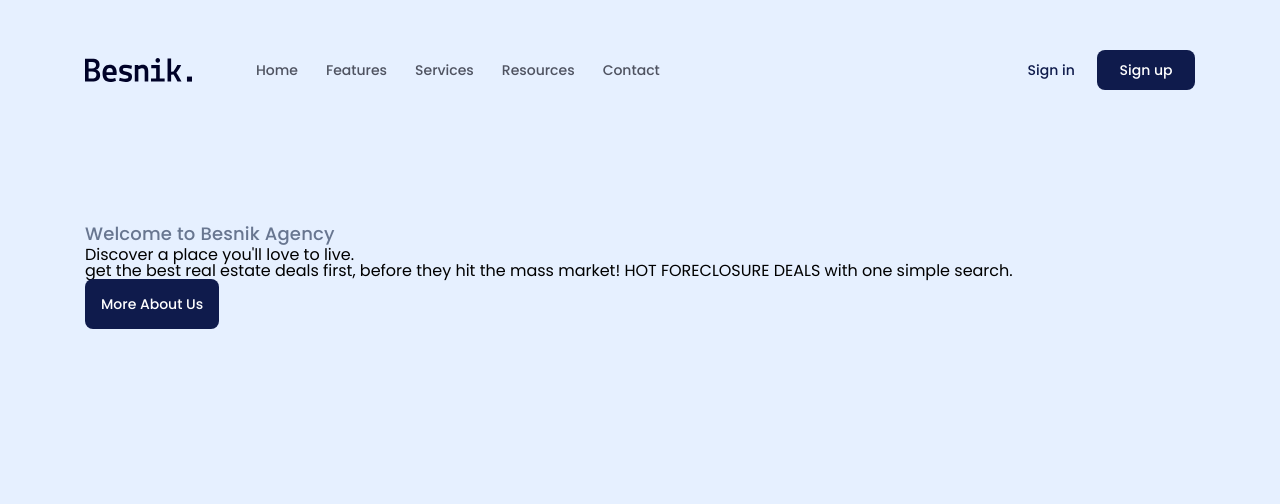
Repository: trungnguyen131/froject-01
Page: index.html
An editor plug-in stored every save of this project. The page is shown before and after a run of saves, followed by the edit.
The browser window is 1280 px wide. The pictures show the whole page.

Above is the page before, as saved 2024-02-25 23:35:31.

### index.html
<!DOCTYPE html>
<html lang="en">
<head>
    <meta charset="UTF-8">
    <meta name="viewport" content="width=device-width, initial-scale=1.0">
    <title>Project 01</title>
    <link rel="stylesheet" href="./assets/css/reset.css">
    <link rel="stylesheet" href="./assets/fonts/stylesheet.css">
    <link rel="stylesheet" href="./assets/css/style.css">
</head>
<body>
    <main>
        <!-- Header -->
        <header class="header">
            <div class="content">
                <nav class="navbar">
                    <!-- Logo -->
                    <img src="./assets/img/logo.svg" alt="Besnik.">
                    <!-- Navigation -->
                    <ul>
                        <li><a href="#!">Home</a></li>
                        <li><a href="#!">Features</a></li>
                        <li><a href="#!">Services</a></li>
                        <li><a href="#!">Resources</a></li>
                        <li><a href="#!">Contact</a></li>
                    </ul>
                    <!-- Action -->
                    <div class="actions">
                        <a href="#!" class="action-link">Sign in</a>
                        <a href="#!" class="btn action-btn">Sign up</a>
                    </div>
                </nav>
                <div class="hero">
                    <div class="info">
                        <p class="sub-title">Welcome to Besnik Agency</p>
                        <h1 class="title">Discover a place
                            you'll love to live.</h1>
                        <p class="desc">get the best real estate deals first,
                            before they hit the mass market! HOT FORECLOSURE DEALS with one simple search.</p>
                        <a href="#!" class="btn">More About Us</a>
                    </div>
                </div>
            </div>
        </header>
    </main>
</body>
</html>

### assets/fonts/stylesheet.css
/* ========================= Poppins =========================  */
@font-face {
    font-family: 'Poppins';
    src: url('Poppins/Poppins-SemiBold.woff2') format('woff2'),
        url('Poppins/Poppins-SemiBold.woff') format('woff');
    font-weight: 600;
    font-style: normal;
    font-display: swap;
}

@font-face {
    font-family: 'Poppins';
    src: url('Poppins/Poppins-Regular.woff2') format('woff2'),
        url('Poppins/Poppins-Regular.woff') format('woff');
    font-weight: normal;
    font-style: normal;
    font-display: swap;
}

@font-face {
    font-family: 'Poppins';
    src: url('Poppins/Poppins-MediumItalic.woff2') format('woff2'),
        url('Poppins/Poppins-MediumItalic.woff') format('woff');
    font-weight: 500;
    font-style: italic;
    font-display: swap;
}

@font-face {
    font-family: 'Poppins';
    src: url('Poppins/Poppins-Thin.woff2') format('woff2'),
        url('Poppins/Poppins-Thin.woff') format('woff');
    font-weight: 100;
    font-style: normal;
    font-display: swap;
}

@font-face {
    font-family: 'Poppins';
    src: url('Poppins/Poppins-ThinItalic.woff2') format('woff2'),
        url('Poppins/Poppins-ThinItalic.woff') format('woff');
    font-weight: 100;
    font-style: italic;
    font-display: swap;
}

@font-face {
    font-family: 'Poppins';
    src: url('Poppins/Poppins-Black.woff2') format('woff2'),
        url('Poppins/Poppins-Black.woff') format('woff');
    font-weight: 900;
    font-style: normal;
    font-display: swap;
}

@font-face {
    font-family: 'Poppins';
    src: url('Poppins/Poppins-Bold.woff2') format('woff2'),
        url('Poppins/Poppins-Bold.woff') format('woff');
    font-weight: bold;
    font-style: normal;
    font-display: swap;
}

@font-face {
    font-family: 'Poppins';
    src: url('Poppins/Poppins-SemiBoldItalic.woff2') format('woff2'),
        url('Poppins/Poppins-SemiBoldItalic.woff') format('woff');
    font-weight: 600;
    font-style: italic;
    font-display: swap;
}

@font-face {
    font-family: 'Poppins';
    src: url('Poppins/Poppins-BlackItalic.woff2') format('woff2'),
        url('Poppins/Poppins-BlackItalic.woff') format('woff');
    font-weight: 900;
    font-style: italic;
    font-display: swap;
}

@font-face {
    font-family: 'Poppins';
    src: url('Poppins/Poppins-ExtraBoldItalic.woff2') format('woff2'),
        url('Poppins/Poppins-ExtraBoldItalic.woff') format('woff');
    font-weight: bold;
    font-style: italic;
    font-display: swap;
}

@font-face {
    font-family: 'Poppins';
    src: url('Poppins/Poppins-ExtraBold.woff2') format('woff2'),
        url('Poppins/Poppins-ExtraBold.woff') format('woff');
    font-weight: bold;
    font-style: normal;
    font-display: swap;
}

@font-face {
    font-family: 'Poppins';
    src: url('Poppins/Poppins-ExtraLightItalic.woff2') format('woff2'),
        url('Poppins/Poppins-ExtraLightItalic.woff') format('woff');
    font-weight: 200;
    font-style: italic;
    font-display: swap;
}

@font-face {
    font-family: 'Poppins';
    src: url('Poppins/Poppins-ExtraLight.woff2') format('woff2'),
        url('Poppins/Poppins-ExtraLight.woff') format('woff');
    font-weight: 200;
    font-style: normal;
    font-display: swap;
}

@font-face {
    font-family: 'Poppins';
    src: url('Poppins/Poppins-BoldItalic.woff2') format('woff2'),
        url('Poppins/Poppins-BoldItalic.woff') format('woff');
    font-weight: bold;
    font-style: italic;
    font-display: swap;
}

@font-face {
    font-family: 'Poppins';
    src: url('Poppins/Poppins-Italic.woff2') format('woff2'),
        url('Poppins/Poppins-Italic.woff') format('woff');
    font-weight: normal;
    font-style: italic;
    font-display: swap;
}

@font-face {
    font-family: 'Poppins';
    src: url('Poppins/Poppins-Medium.woff2') format('woff2'),
        url('Poppins/Poppins-Medium.woff') format('woff');
    font-weight: 500;
    font-style: normal;
    font-display: swap;
}

@font-face {
    font-family: 'Poppins';
    src: url('Poppins/Poppins-LightItalic.woff2') format('woff2'),
        url('Poppins/Poppins-LightItalic.woff') format('woff');
    font-weight: 300;
    font-style: italic;
    font-display: swap;
}

@font-face {
    font-family: 'Poppins';
    src: url('Poppins/Poppins-Light.woff2') format('woff2'),
        url('Poppins/Poppins-Light.woff') format('woff');
    font-weight: 300;
    font-style: normal;
    font-display: swap;
}

### assets/css/style.css
* {
    box-sizing: border-box;
}

:root {
    --primary-color: #0f1b4c;
}

html {
    font-size: 62.5%;;
}

body {
    font-size: 1.6rem;
    font-family: 'Poppins', sans-serif;
}

/* Common */
a {
    text-decoration: none;
}
.content {
    width: 1110px;
    max-width: calc(100% - 48px);
    margin-left: auto;
    margin-right:auto;
}
.btn {
    min-width: 98px;
    background-color: var(--primary-color);
    border-radius: 8px;
    color: #FFF;
    text-align: center;
    font-size: 1.4rem;
    font-weight: 500;
    display: inline-block;
    padding: 18px 16px;
}
/* Header */
.header {
    height: 100vh;
    background: #E6F0FF;
}

.navbar {
    display: flex;
    align-items: center;
    padding-top: 50px;
}

.navbar ul {
    display: flex;
    margin-left: 50px;
}

.navbar .actions {
    margin-left: auto;
}

.navbar ul a {
    font-size: 1.4rem;
    font-weight: 500;
    color: #4F5361;
    padding: 8px 14px;
}

.navbar .action-link {
    font-size: 1.4rem;
    font-weight: 500;
    color: var(--primary-color);
}

.navbar .action-btn {
    padding: 13px 16px;
    margin-left: 18px;
}

.hero {
    margin-top: 130px;
}

.hero .sub-title {
    font-weight: 500;
    font-size: 1.8rem;
    line-height: 1.5;
    letter-spacing: 0.01em;
    color: #687690;
}

.hero .title {

}

Loaded but not shown: assets/css/reset.css (common file)

After the next 2 saves:
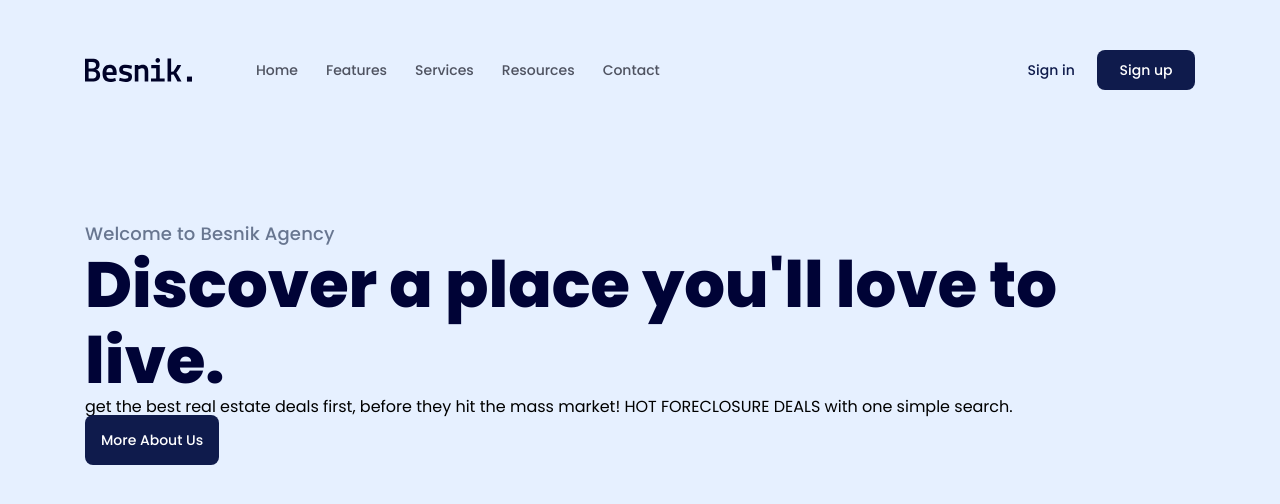
The 2 saves are shown as one change because they came seconds apart.
The last was saved 13 s later.
--- a/assets/css/style.css
+++ b/assets/css/style.css
@@ -88,5 +88,10 @@ a {
 }
 
 .hero .title {
-
+    color: #000336;
+    font-family: Poppins;
+    font-size: 64px;
+    font-style: normal;
+    font-weight: 700;
+    line-height: 76px; /* 118.75% */
 }
